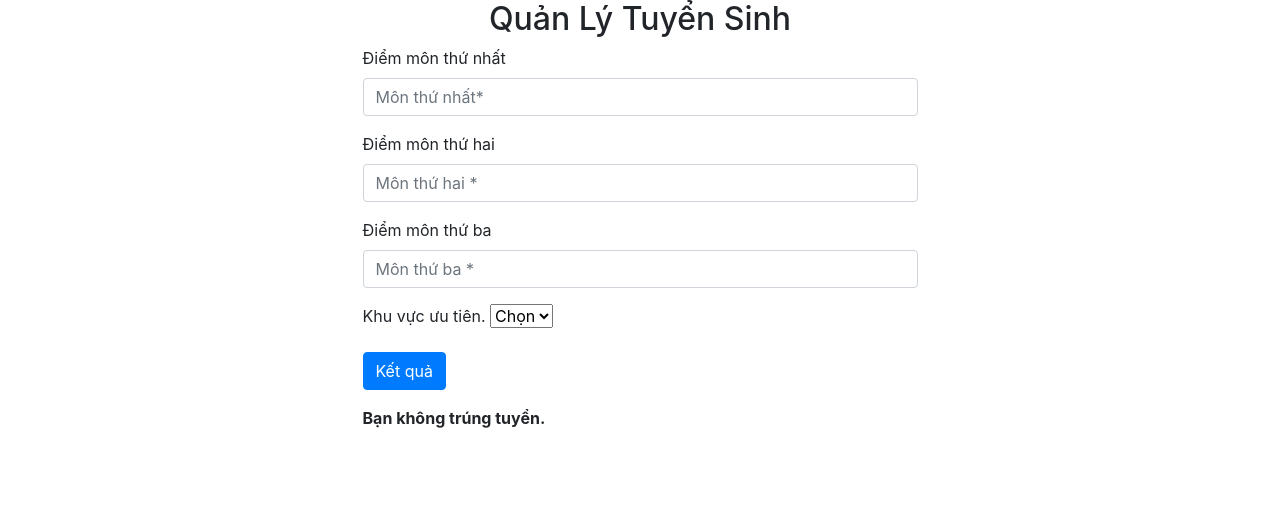
Repository: dovanthao2404/BC14_BaiTap_JS_Buoi_5_dovanthao
Page: html/bai1.html
The author's editor kept a copy of each file at every save. The page is drawn from the files as they stood at one save, then again after the next save.
The browser window is 1280 px wide. The pictures show the whole page.

Above is the page before, as saved 2021-07-03 20:21:21.

After the next save:
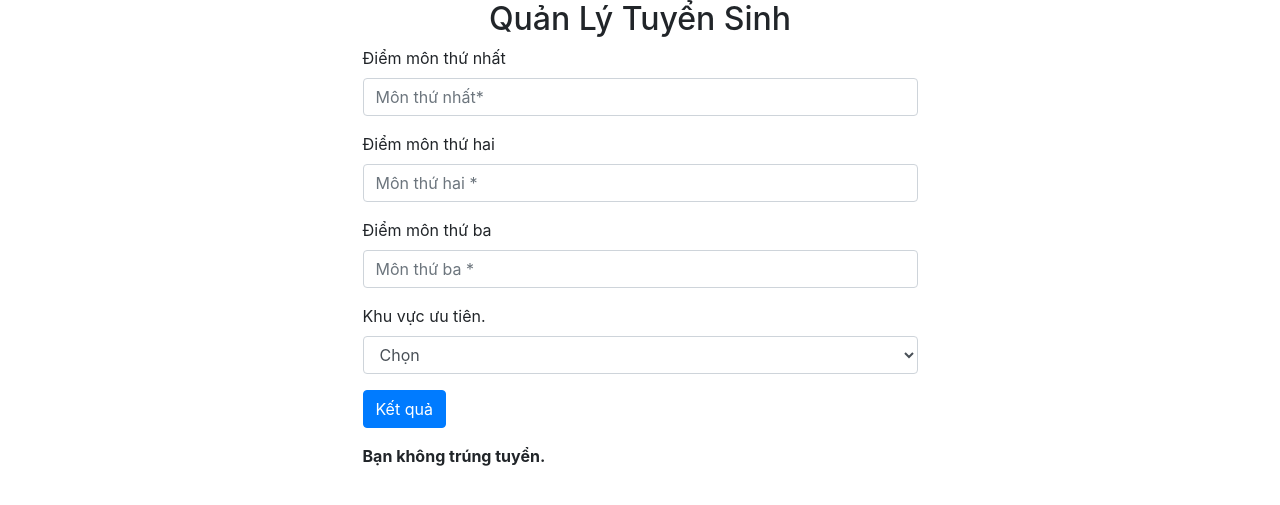
Saved 8 s later.
--- a/html/bai1.html
+++ b/html/bai1.html
@@ -36,7 +36,7 @@
 
         </div>
         <label for="areaScores">Khu vực ưu tiên.</label>
-        <select id="area">
+        <select class="form-control" id="area">
           <option selected>Chọn</option>
           <option>A</option>
           <option>B</option>
